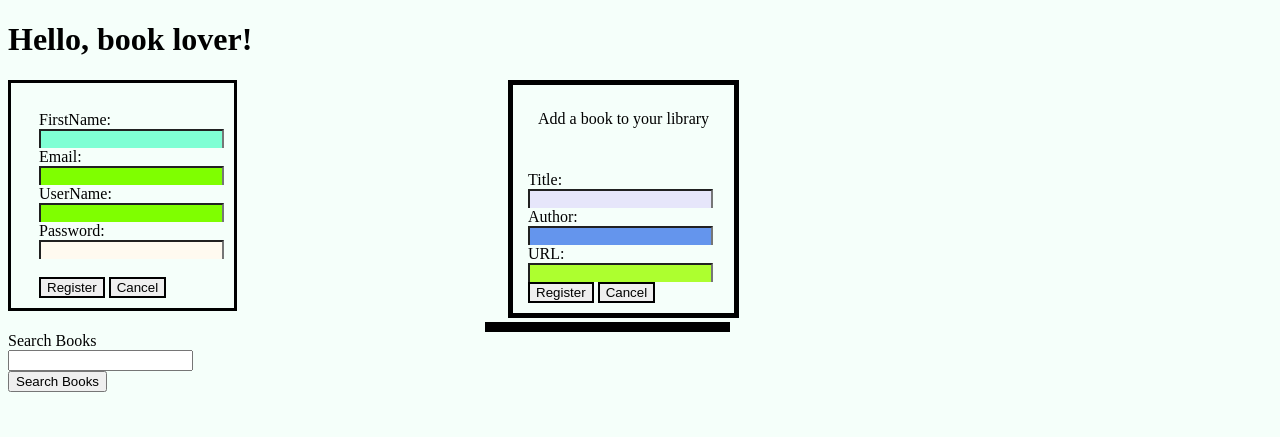
Repository: IuliaGusatu/cloudcomputingProjectSIMPREGusatuIulia
Page: environment/frontend/index.html
The author's editor kept a record of every edit. The page is drawn from the files as they stood at one moment, then again after the next edit.
The browser window is 1280 px wide. The pictures show the whole page.
The page's requests for data from a server got no answer.

Above is the page before.

### environment/frontend/index.html

<!DOCTYPE html>
<html style="background-color: mintcream;">
    <head>

        <title>BooksMania</title>
    </head>
    <body>
        <h1>Hello, book lover!</h1>
        <div style ="display: inline-block">
            <div style ="float: left; padding-left: 45px; border: 3px;border-color: black;border-style: solid;">
        <form style="margin: 10px;margin-left: -17px;">
  <input type="hidden" name="id" id="id" /><br />
  FirstName:<br />
  <input type="text" name="firstName" id="firstName" style="background-color: aquamarine;border-block-end-style: initial"/><br />
  Email:<br />
  <input type="text" name="email" id="email" style="border-block-end-style: initial;background-color: chartreuse;"><br/>
  UserName:<br />
  <input type="text" name="userName" id="userName" style="background-color: chartreuse;border-block-end-style: initial"><br/>
  Password:<br />
  <input type="text" name="password" id="password" style="background-color: floralwhite; border-block-end-style: initial"><br/>
  <br/>
  <input type="submit" value="Register" style="border-style: solid; border-color: black;" onSubmit="saveUsers()">
  <input type="reset" value="Cancel" style="border-style: solid; border-color: black;">
</form>
</div>
<div style ="float: right; margin-left:271px; border-color:black ; border-padding: 10px; border: 5px; border-style: solid;">
   <p style=" margin:25px">Add a book to your library</p>
  <form style=" margin-left: 15px;"onSubmit="saveBooks(event)">
  <input type="hidden" name="id" id="id" /><br />
  Title:<br />
  <input type="text" name="title" id="title"   style="background-color: lavender;border-block-end-style: initial"/><br />
  Author:<br />
  <input type="text" name="author" id="author" style="background-color: cornflowerblue; border-block-end-style: initial"><br/>
  URL:<br />
  <input type="text" name="url" id="url" style="background-color: greenyellow;border-block-end-style: initial"><br/>
  <input type="submit" value="Register" style=" margin-bottom: 10px;border-style: solid;border-color: black;">
  <input type="reset" value="Cancel"style="border-style: solid;border-color: black;">
</form>
</div>
</div>
<div   onSubmit ="showBooks()"id ="table"style="border-color:black ; border-padding: 10px; border: 5px; border-style: solid; margin-right: 542px; margin-left: 477px;">

</div>
<div style ="display: inline-block">
<div id="search" >
    	<label for="search">Search Books</label>
		<form id="myform">
			<div >
				<input type="search" id="books">

			</div>
			<button >Search Books</button>
		</form>
	</div>
	<div id="result">

	</div>
</div>
<script src="https://unpkg.com/axios/dist/axios.min.js"></script>
 <script
    src="https://code.jquery.com/jquery-3.3.1.min.js"
    integrity="sha256-FgpCb/KJQlLNfOu91ta32o/NMZxltwRo8QtmkMRdAu8="
    crossorigin="anonymous"></script>

<script>

    $(document).ready(function() {
        console.log('Hello from JQuery')
        showBooks()
    })
function showBooks() {
    axios.get('/books').then(function(results) {

        let html = ` <table style="width:500px;">
                <tr>
                    <th style="padding:10px">ID</th>
                    <th style="padding:10px">Title</th>
                    <th style="padding:10px">Author</th>
                    <th style="padding:10px">URL</th>

                </tr>`

        results.data.forEach(function(element) {
            html += `<tr>
                        <td>${element.id}</td>
                        <td>${element.title}</td>
                        <td>${element.author}</td>
                        <td>${element.url}</td>
                        <td>
                            <button onClick="editBooks(${element.id})" onClick="editBooks">Edit</button>
                            <button onClick="deleteBooks(${element.id})" onClick="deleteBooks">Delete</button>
                        </td>
                    </tr>`
        })

        html += `</table>`

        $('#table').html(html)
    }).catch(function(error) {
        console.log(error)
    })
}
function saveBooks(event) {
    event.preventDefault()

    let id = $('#id').val()
    let title = $('#title').val()
    let author = $('#author').val()
    let url = $('#url').val()

    if(id) {
        //make a request to PUT /messages/:id
  axios.put('/books/'+id, {
    title: title,
    author: author,
    url: url
}).then(function(result) {
    showBooks()
    $(event.target).trigger("reset")
}).catch(function(err) {
    alert('Resource could not be saved')
})
    } else {
        //make a request to POST /messages
axios.post('/books', {
    title: title,
    author: author,
    url: url
}).then(function(result) {
    showBooks()
    $(event.target).trigger("reset")
}).catch(function(err) {
    alert('Resource could not be saved')
})
    }

}

 function editBooks(id) {
    //get the values from the server
    axios.get('/books/'+id).then(function(result) {
        //display values in the form
        $('#id').val(result.data.id)
        $('#title').val(result.data.title)
        $('#author').val(result.data.author)
        $('#url').val(result.data.url)
    }).catch(function(err) {
        console.log(err)
        alert('Could not find resource')
    })
}

function deleteBooks(id) {
    axios.delete('/books/'+id).then(function(result) {
        showBooks()
    }).catch(function(err) {
        alert('Resource could not delete resource')
    })
}
function saveUsers(event) {
    event.preventDefault()

    let id = $('#id').val()
    let firstName = $('#firstName').val()
    let email = $('#email').val()
    let userName = $('#userName').val()
    let password = $('#password').val()
    if(id) {
        //make a request to PUT /messages/:id
  axios.put('/users/'+id, {
    firstName: firstName,
    email: email,
    userName: userName,
    password: password
}).then(function(result) {

    $(event.target).trigger("reset")
}).catch(function(err) {
    alert('Resource could not be saved')
})
    } else {
        //make a request to POST /messages
axios.post('/users', {
    firstName: firstName,
    email: email,
    userName: userName,
    password: password
}).then(function(result) {

    $(event.target).trigger("reset")
}).catch(function(err) {
    alert('Resource could not be saved')
})
    }

}


$(document).ready(function(){

   $("#myform").submit(function(){

   	  var search = $("#books").val();
   	  if(search == "")
   	  {
   	  	alert("Please enter something in the field");
   	  }
   	  else{
   	  var url = "";
   	  var img = "";
      var title = "";
      var author = "";

   	  $.get("https://www.googleapis.com/books/v1/volumes?q=" + search,function(response){

          for(i=0;i<response.items.length;i++)
          {
           title=$('<h5 >' + response.items[i].volumeInfo.title + '</h5>');
           author=$('<h5 > By:' + response.items[i].volumeInfo.authors + '</h5>');
           img = $('<img ><br><a href=' + response.items[i].volumeInfo.infoLink + '><button id="imagebutton" >Read More</button></a>');
           url= response.items[i].volumeInfo.imageLinks.thumbnail;
           img.attr('src', url);
           title.appendTo('#result');
           author.appendTo('#result');
           img.appendTo('#result');
          }
   	  });

      }
      return false;
   });

});

</script>


    </body>
</html>

After the next edit:
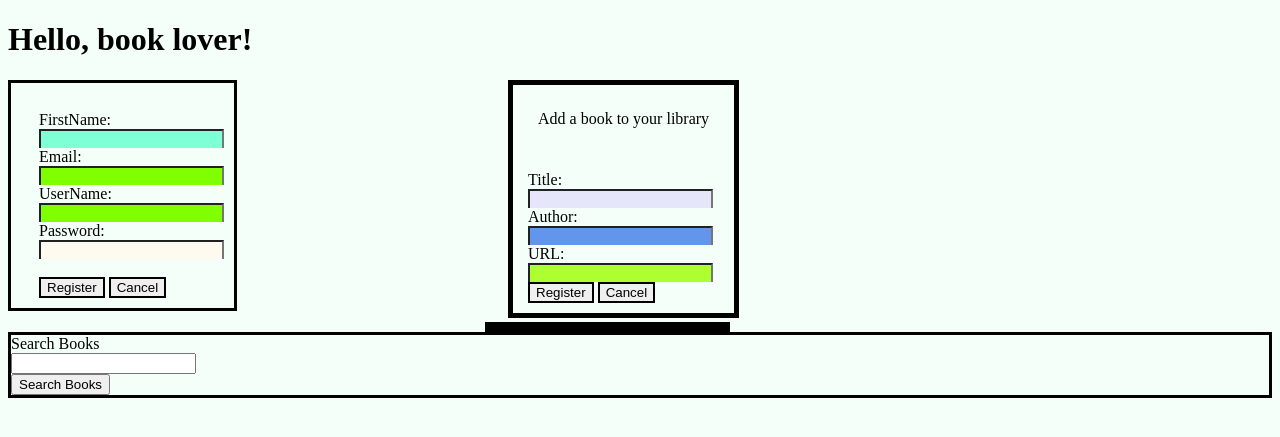
The edit:
--- a/environment/frontend/index.html
+++ b/environment/frontend/index.html
@@ -42,7 +42,7 @@
 <div   onSubmit ="showBooks()"id ="table"style="border-color:black ; border-padding: 10px; border: 5px; border-style: solid; margin-right: 542px; margin-left: 477px;">
 
 </div>
-<div style ="display: inline-block">
+<div style ="display: inline-block border-color: black; border-style: solid;">
 <div id="search" >
     	<label for="search">Search Books</label>
 		<form id="myform">
